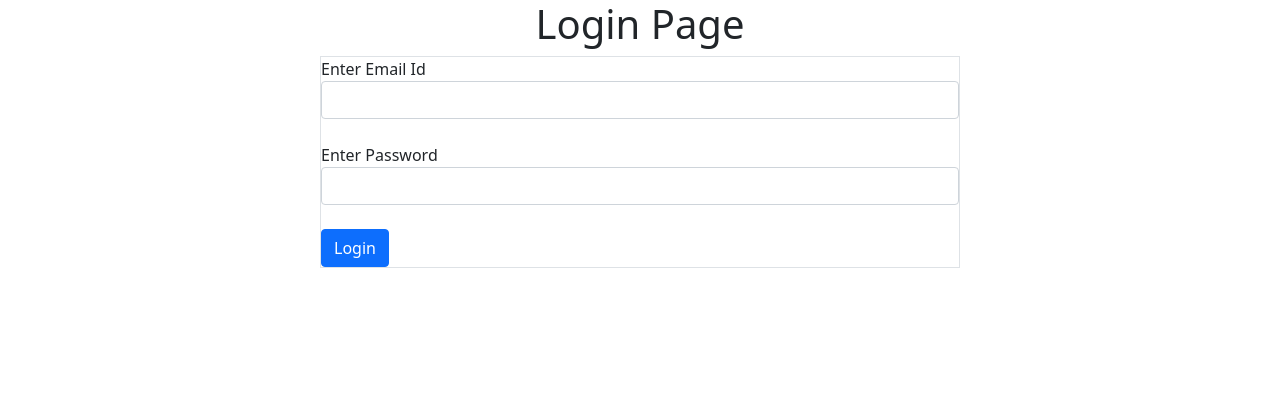
Repository: becoderpavy/servlet_tutorials
Page: 3_RequestDispatch_Example/src/main/webapp/login.html
These files come from the project's save history. The page is drawn as it stood at one moment and after the next save; the edit follows.
The browser window is 1280 px wide. The pictures show the whole page.

Above is the page before, as saved 2023-06-09 16:43:48.

After the next save:
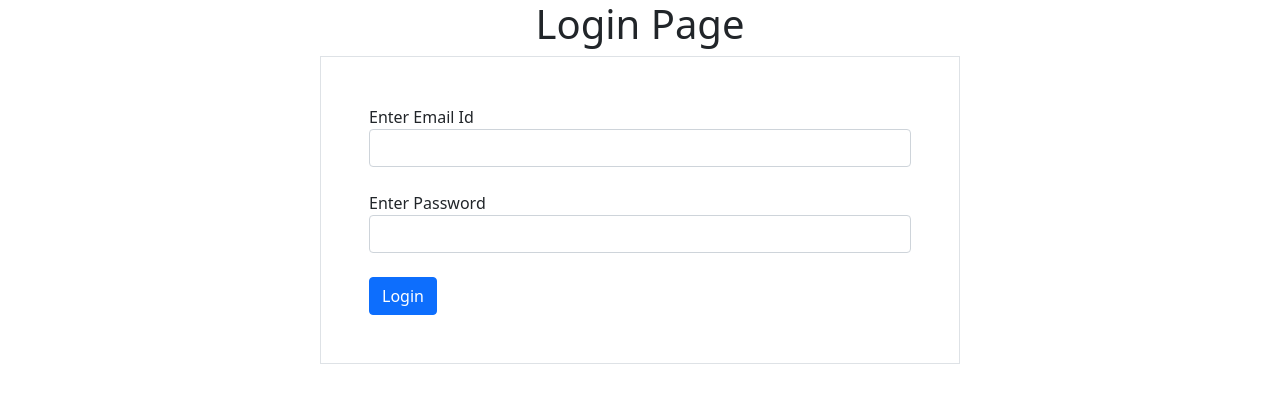
Saved 9 s later.
--- a/3_RequestDispatch_Example/src/main/webapp/login.html
+++ b/3_RequestDispatch_Example/src/main/webapp/login.html
@@ -11,7 +11,7 @@
 </head>
 <body>
 	<h1 class="text-center">Login Page</h1>
-	<div class=" col-md-6 offset-md-3 border">
+	<div class=" col-md-6 offset-md-3 border p-5">
 		<form>
 			<label>Enter Email Id</label>
 			<input type="text" name="email" class="form-control">
